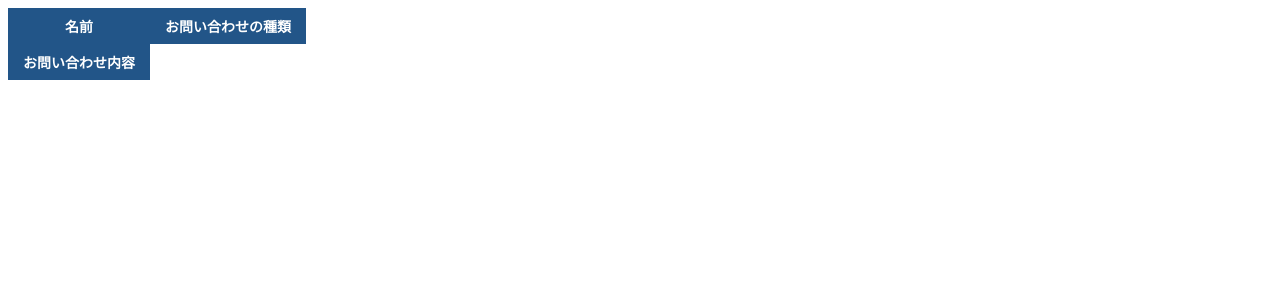
Repository: MasayaOuchi/test
Page: http://localhost/Webproj5/inquiryComplete.jsp
These files come from the project's save history. The page is drawn as it stood at one moment and after a run of saves; the edit follows.
The browser window is 1280 px wide. The pictures show the whole page.
The page is served by Tomcat 9. Other server files are loaded and not shown.

Above is the page before, as saved 2018-10-23 08:28:34.

### Webproj5/WebContent/inquiryComplete.jsp
<%@ page language="java" contentType="text/html; charset=UTF-8" pageEncoding="UTF-8"%>
<%@ taglib prefix="s" uri="/struts-tags" %>
<html>
<head>
<meta charset="UTF-8">
<link rel="stylesheet" type="text/css" href="./css/style.css">

<title>お問い合わせ　受付完了</title>

</head>
<body>

<table>
<tbody>
	<tr>
		<th>名前</th>
		<th>お問い合わせの種類</tbody>
		<th>お問い合わせ内容</th>
	</tr></table></body></html>

### Webproj5/WebContent/css/style.css
table {
	width: auto;
	border-spacing: 0;
	font-size:14px;
}
table th {
	color: #fff;
	padding: 8px 15px;
	background: #258;
	background:-moz-linear-gradient(rgba(34,85,136,0.7), rgba(34,85,136,0.9)50%);
	background:-webkit-gradient(linear, 100% 0%, 100% 50%, from(rgba(34,85,136,0.7), to(rgba(34,85,136,0.9)));
	font-weight: bold;
	border-left:1px solid #258;
	border-top:1px solid #258;
	border-bottom:1px solid #258;
	line-height: 120%;
	text-align: center;
	text-shadow:0 -1px 0 rgba(34,85,136,0.9);
	box-shadow: 0px 1px 1px rgba(255,255,255,0.3) inset;
}
table th:first-child {
	border-radius: 5px 0 0 0;
}
table th:last-child {
	border-radius:0 5px 0 0;
	border-right:1px solid #258;
	box-shadow: 2px 2px 1px rgba(0,0,0,0.1), 0px 1px 1px rgba(255,255,255,0.3) inset;
}
table tr td {
	padding:8px 15px;
	border-bottom: 1px solid #84b2e0;
	border-left: 1px solid #84b2e0;
	text-align: center;
}
table tr td:last-child {
	border-right: 1px solid #84b2e0;
	box-shadow: 2px 2px 1px rgba(0,0,0,0.1);
}
table tr {
	background: #fff;
}

table tr:nth-child(2n+1) {
	background: #f1f6fc;
}
table tr:last-child td {
	box-shadow: 2px 2px 1px rgba(0,0,0,0.1);
}
table tr:last-child td:first-child {
	border-radius: 0 0 0 5px;
}
table tr:last-child td:last-child {
	border-radius: 0 0 5px 0;
}
table tr:hover {
	background: #bbd4ee;
	cursor:pointer;
}

After the next 2 saves:
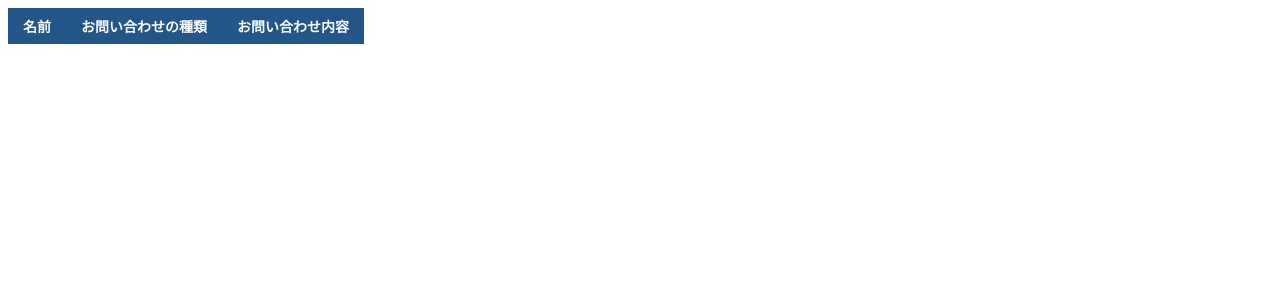
The 2 saves are shown as one change because 1 did not build or start.
The last was saved 5 min 25 s later.
--- a/Webproj5/WebContent/inquiryComplete.jsp
+++ b/Webproj5/WebContent/inquiryComplete.jsp
@@ -14,6 +14,29 @@
 <tbody>
 	<tr>
 		<th>名前</th>
-		<th>お問い合わせの種類</tbody>
+		<th>お問い合わせの種類</th>
 		<th>お問い合わせ内容</th>
-	</tr></table></body></html>
+	</tr>
+
+
+		<s:iterator value="#session.inquiryDTOList">
+			<tr>
+
+			<td><s:property value="name" /></td>
+			<s:if test='qtype=="company"'>
+			 <td>会社について</td>
+			</s:if>
+
+			<s:if test='qtype=="product"'>
+				<td>製品について</td>
+			</s:if>
+
+			<s:if test='qtype=="support"'>
+				<td>アフターサポートについて</td>
+			</s:if>
+
+			<td><s;property value="body" /></td>
+		</tr>
+		</s:iterator>
+
+	</tbody></table></body></html>
